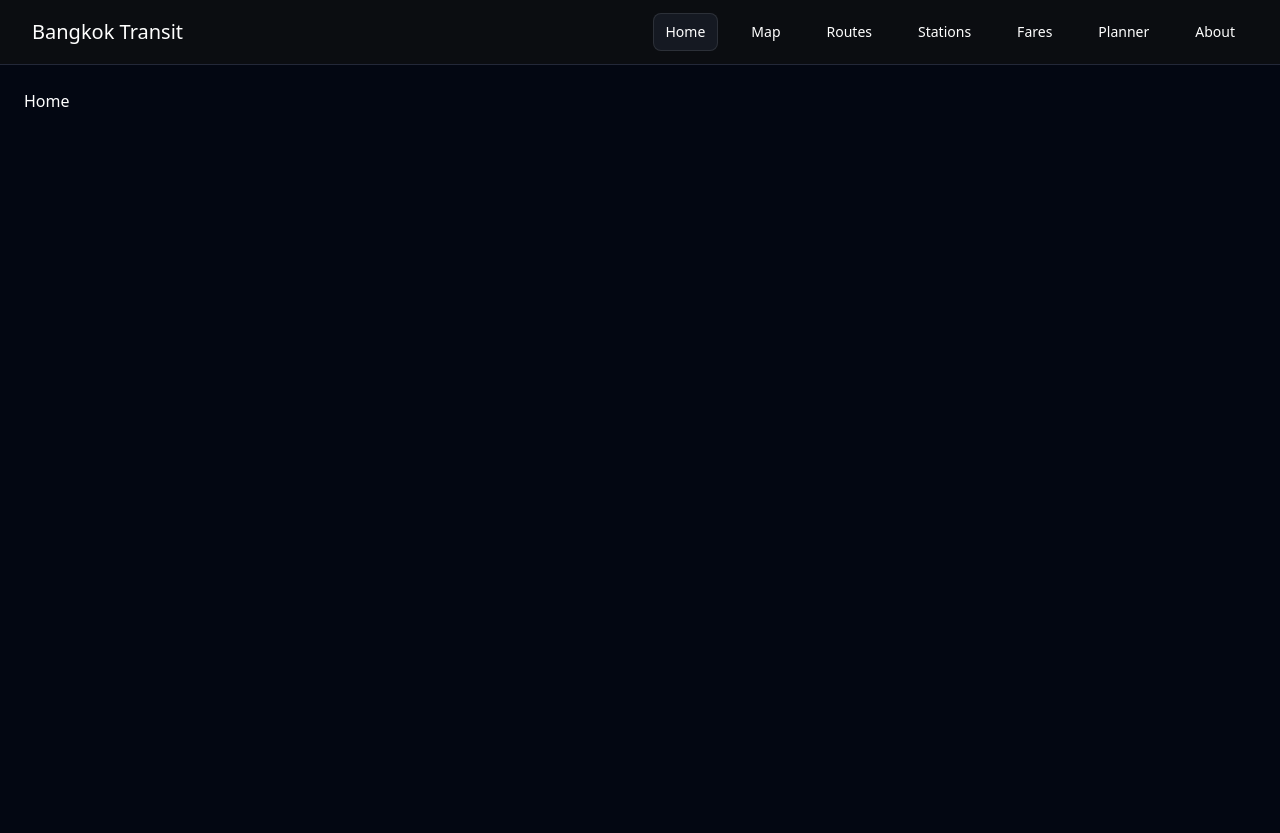
Repository: pyaestk/Bangkok-transit-map
Page: /
These files come from the project's save history. The page is drawn as it stood at one moment and after the next save; the edit follows.
The browser window is 1280 px wide. The pictures show the whole page.
The project was rebuilt for these pictures with package versions that can differ from the ones it lists, and the page was loaded fresh each time. Also part of the build but not shown: vite.config.ts, src/component/FiltersCard.tsx, src/pages/Map.tsx, src/pages/Planner.tsx, src/pages/Stations.tsx, src/pages/TrainRoutes.tsx, src/pages/Fares.tsx, src/pages/About.tsx.

Above is the page before, as saved 2025-10-04 10:17:31.

### index.html
<!doctype html>
<html lang="en">
  <head>
    <meta charset="UTF-8" />
    <link rel="icon" type="image/svg+xml" href="/vite.svg" />
    <meta name="viewport" content="width=device-width, initial-scale=1.0" />
    <title>bangkok-transit-map</title>
  </head>
  <body>
    <div id="root"></div>
    <script type="module" src="/src/main.tsx"></script>
  </body>
</html>

### src/main.tsx
import { StrictMode } from 'react'
import { createRoot } from 'react-dom/client'
import './index.css'
import App from './App.tsx'
import { BrowserRouter as Router } from 'react-router'

createRoot(document.getElementById('root')!).render(
  <StrictMode>
    <Router>
      <App />
    </Router>
  </StrictMode>,
)

### src/App.tsx
import "./App.css";
import NavBar from "./component/NavBar";
import { Routes, Route } from "react-router-dom";
import Home from "./pages/Home";
import Map from "./pages/Map";
import Planner from "./pages/Planner";
import Stations from "./pages/Stations";
import TrainRoutes from "./pages/TrainRoutes";
import Fares from "./pages/Fares";
import About from "./pages/About";


function App() {
  return (
    <div className="min-h-screen flex flex-col">
      {/* Navbar at the top */}
      <NavBar />

      {/* Main content area */}
      <main className="flex-1 p-6 bg-gray-950">
        <Routes>
          <Route
            path="/"
            element={ <Home/> }
          />
          <Route
            path="/map"
            element={ <Map/> }
          />
          <Route
            path="/planner"
            element={ <Planner/>}
          />
          <Route
            path="/routes"
            element={<TrainRoutes/>}
          />
          <Route
            path="/stations"
            element={<Stations/>}
          />
          <Route
            path="/fares"
            element={<Fares/>}
          />
          <Route
            path="/about"
            element={<About/>}
          />
        </Routes>
      </main>
    </div>
  );
}

export default App;

### src/App.css
@import "tailwindcss";

:root {
  background: black;
}

### src/component/NavBar.tsx
import { NavLink } from "react-router-dom";
import { useState } from "react";

function NavBar() {
  const [open, setOpen] = useState(false);

  const baseClasses =
    "px-3 py-2 text-sm border border-transparent block text-center";
  const inactiveClasses = "text-white transition-colors";
  const activeClasses = "bg-[#151922] border rounded-lg text-white border-white/10";

  const links = [
    { to: "/", label: "Home" },
    { to: "/map", label: "Map" },
    { to: "/routes", label: "Routes" },
    { to: "/stations", label: "Stations" },
    { to: "/fares", label: "Fares" },
    { to: "/planner", label: "Planner" },
    { to: "/about", label: "About" },
  ];

  return (
    <nav className="sticky top-0 z-50 bg-[#0e1116cc] border-b border-[#232838] backdrop-blur-[5px] backdrop-brightness-[100%] [-webkit-backdrop-filter:blur(5px)_brightness(100%)]">
      <div className="max-w-7xl mx-auto px-4 sm:px-6 lg:px-8">
        <div className="flex items-center justify-between h-16">
          {/* Left side (Logo / Brand) */}
          <div className="flex-shrink-0 text-white text-xl">
            Bangkok Transit
          </div>

          {/* Desktop links */}
          <div className="hidden md:flex space-x-5">
            {links.map((l) => (
              <NavLink
                key={l.to}
                to={l.to}
                className={({ isActive }) =>
                  `${baseClasses} ${isActive ? activeClasses : inactiveClasses}`
                }
              >
                {l.label}
              </NavLink>
            ))}
          </div>

          {/* Mobile hamburger button */}
          <div className="md:hidden">
            <button
              aria-label="Toggle menu"
              onClick={() => setOpen((s) => !s)}
              className="inline-flex items-center justify-center p-2 rounded-md text-white hover:bg-white/5 focus:outline-none focus:ring-2 focus:ring-white"
            >
              <span className="sr-only">Open main menu</span>
              {/* Hamburger / X icon */}
              <svg
                className={`h-6 w-6 ${open ? "hidden" : "block"}`}
                xmlns="http://www.w3.org/2000/svg"
                fill="none"
                viewBox="0 0 24 24"
                strokeWidth={2}
                stroke="currentColor"
                aria-hidden="true"
              >
                <path
                  strokeLinecap="round"
                  strokeLinejoin="round"
                  d="M3 6h18M3 12h18M3 18h18"
                />
              </svg>
              <svg
                className={`h-6 w-6 ${open ? "block" : "hidden"}`}
                xmlns="http://www.w3.org/2000/svg"
                fill="none"
                viewBox="0 0 24 24"
                strokeWidth={2}
                stroke="currentColor"
                aria-hidden="true"
              >
                <path
                  strokeLinecap="round"
                  strokeLinejoin="round"
                  d="M6 18L18 6M6 6l12 12"
                />
              </svg>
            </button>
          </div>
        </div>
      </div>

      {/* Mobile menu, shown when open is true */}
      <div className={`md:hidden ${open ? "block" : "hidden"} `}>
        <div className="px-2 pt-2 pb-3 space-y-1">
          {links.map((l) => (
            <NavLink
              key={l.to}
              to={l.to}
              onClick={() => setOpen(false)}
              className={({ isActive }) =>
                `${baseClasses} ${isActive ? activeClasses : inactiveClasses}`
              }
            >
              {l.label}
            </NavLink>
          ))}
        </div>
      </div>
    </nav>
  );
}

export default NavBar;

### src/pages/Home.tsx
export default function Home() {
  return (
    <div className="min-h-screen">
      <h1 className="text-white">Home</h1>
    </div>
  )
}

Loaded but not shown: src/index.css (common file)

After the next save:
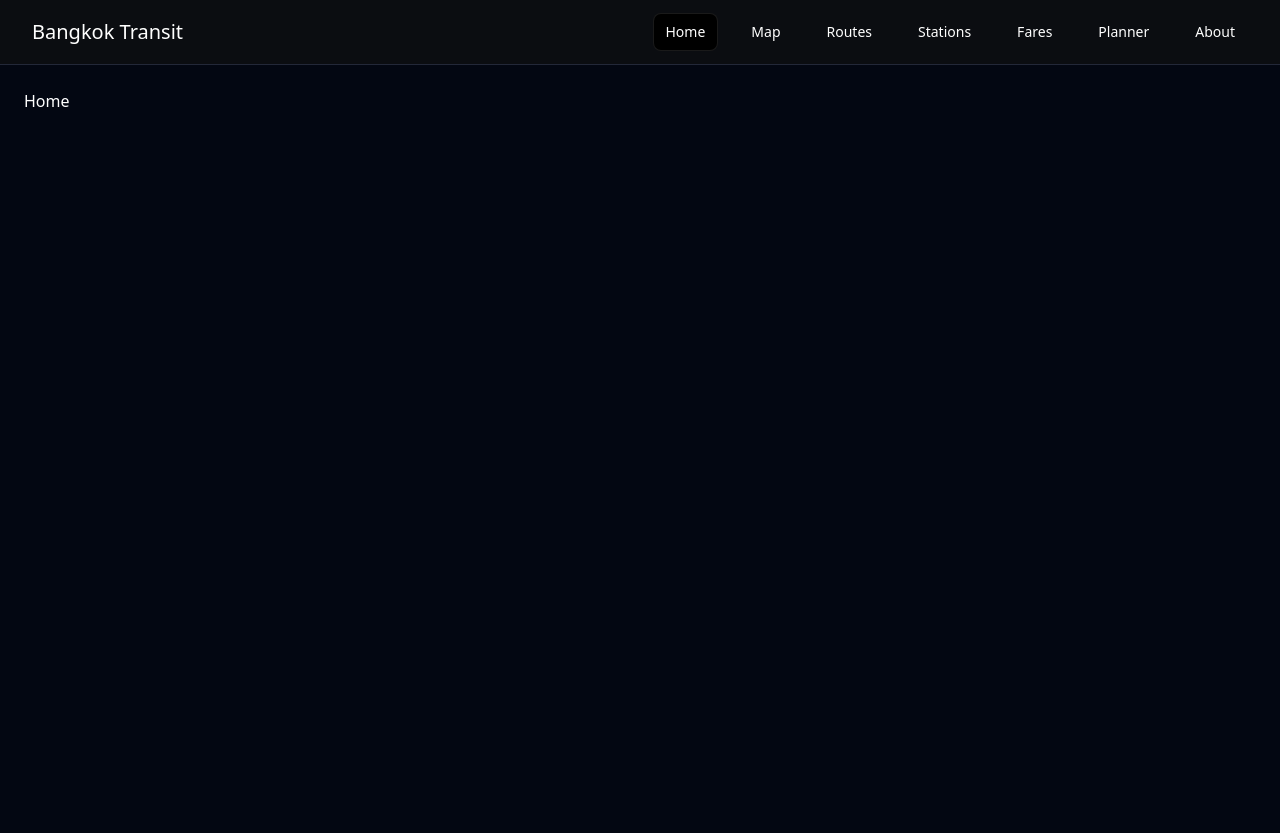
Saved 35 s later.
--- a/src/component/NavBar.tsx
+++ b/src/component/NavBar.tsx
@@ -7,7 +7,7 @@
   const baseClasses =
     "px-3 py-2 text-sm border border-transparent block text-center";
   const inactiveClasses = "text-white transition-colors";
-  const activeClasses = "bg-[#151922] border rounded-lg text-white border-white/10";
+  const activeClasses = "bg-black border rounded-lg text-white border-white/10";
 
   const links = [
     { to: "/", label: "Home" },

After the save that followed:
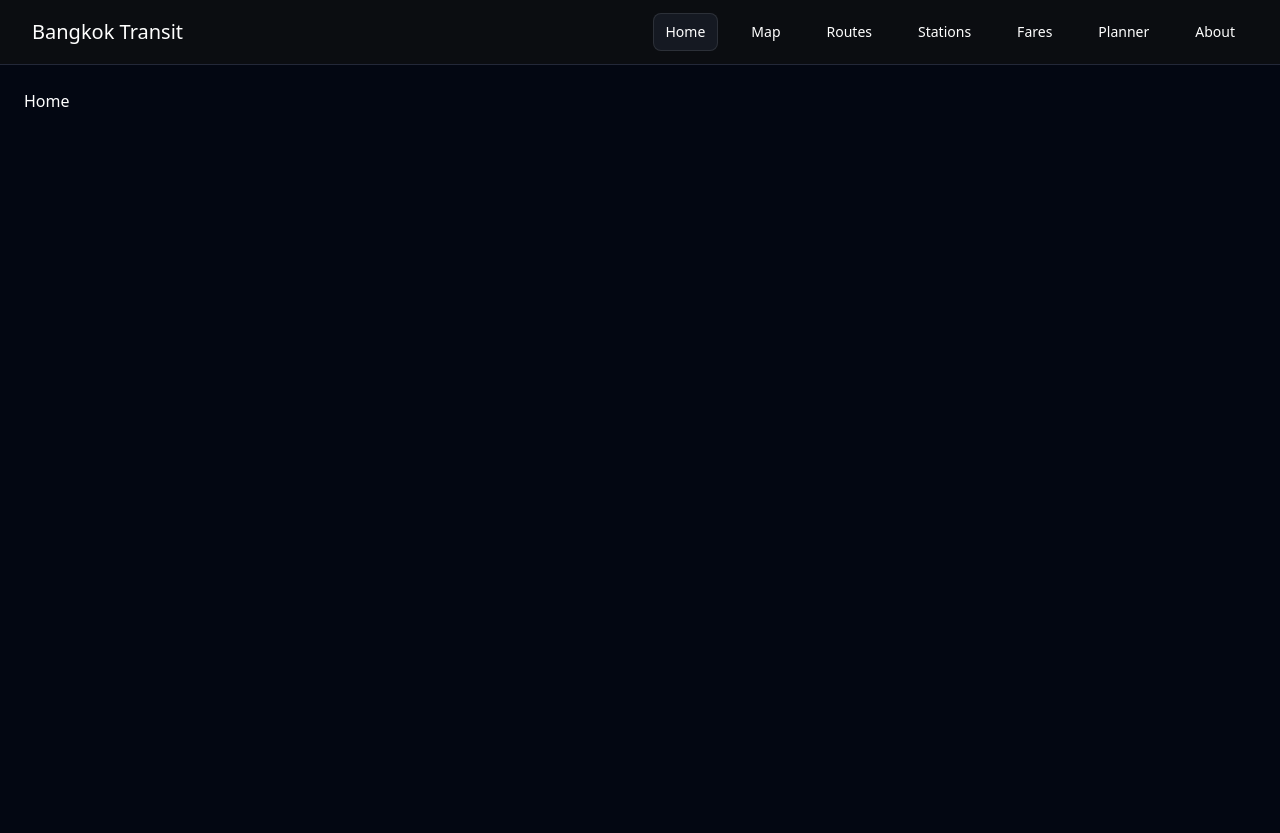
Saved 4 s later.
--- a/src/component/NavBar.tsx
+++ b/src/component/NavBar.tsx
@@ -7,7 +7,7 @@
   const baseClasses =
     "px-3 py-2 text-sm border border-transparent block text-center";
   const inactiveClasses = "text-white transition-colors";
-  const activeClasses = "bg-black border rounded-lg text-white border-white/10";
+  const activeClasses = "bg-[#151922] border rounded-lg text-white border-white/10";
 
   const links = [
     { to: "/", label: "Home" },
